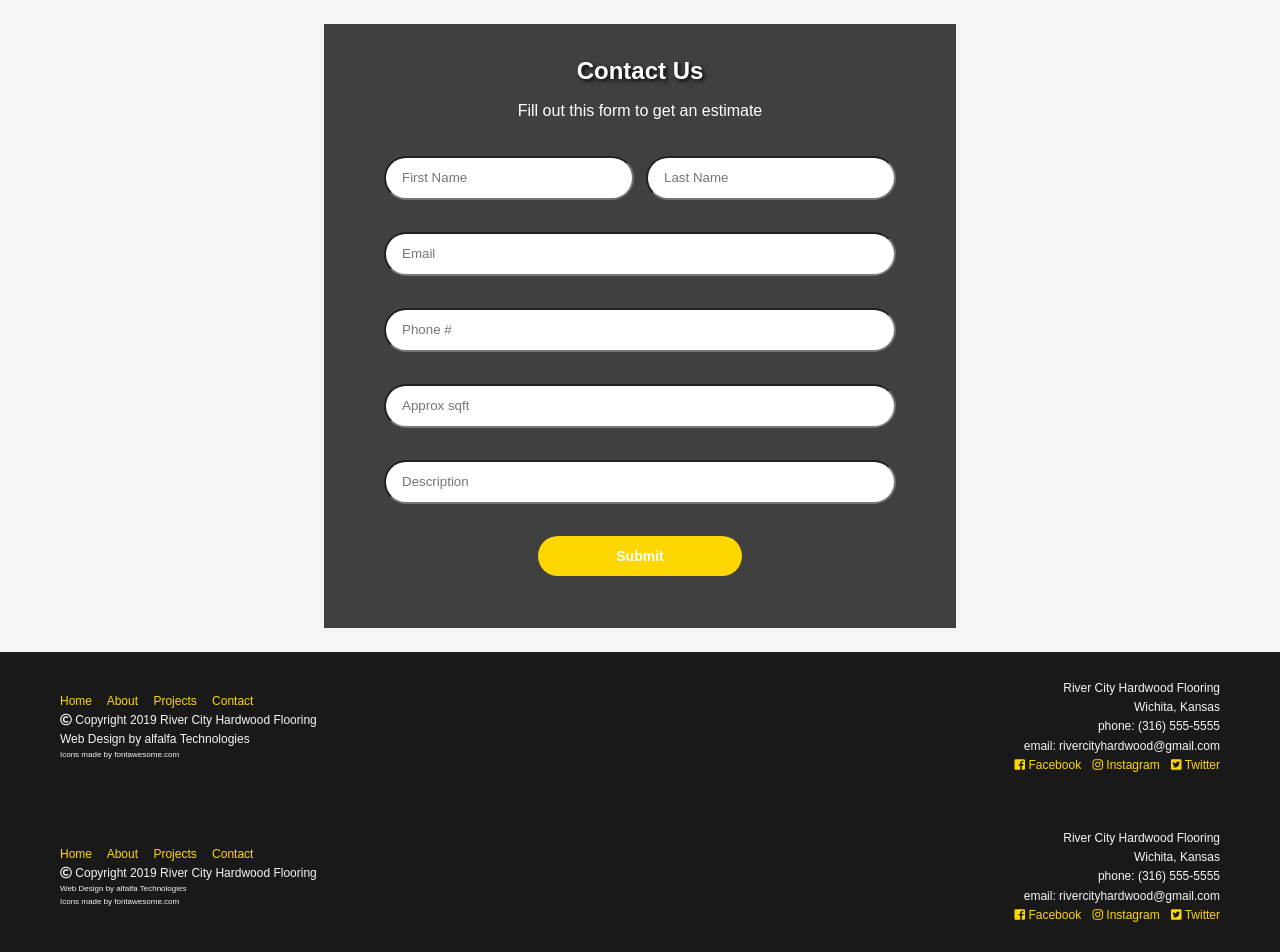
Repository: talfers/river-city-flooring
Page: http://localhost/contact
The author's editor kept a record of every edit. The page is drawn from the files as they stood at one moment, then again after the next edit.
The browser window is 1280 px wide. The pictures show the part of the page from y = 256 to 1208 px (the page is 1208 px tall before and 1058 px after).
Some web libraries are served in a nearby version. The page is served by the project's Node server (app.js).

Above is the page before.
Console error: ReferenceError: SmoothScroll is not defined

After the next edit:
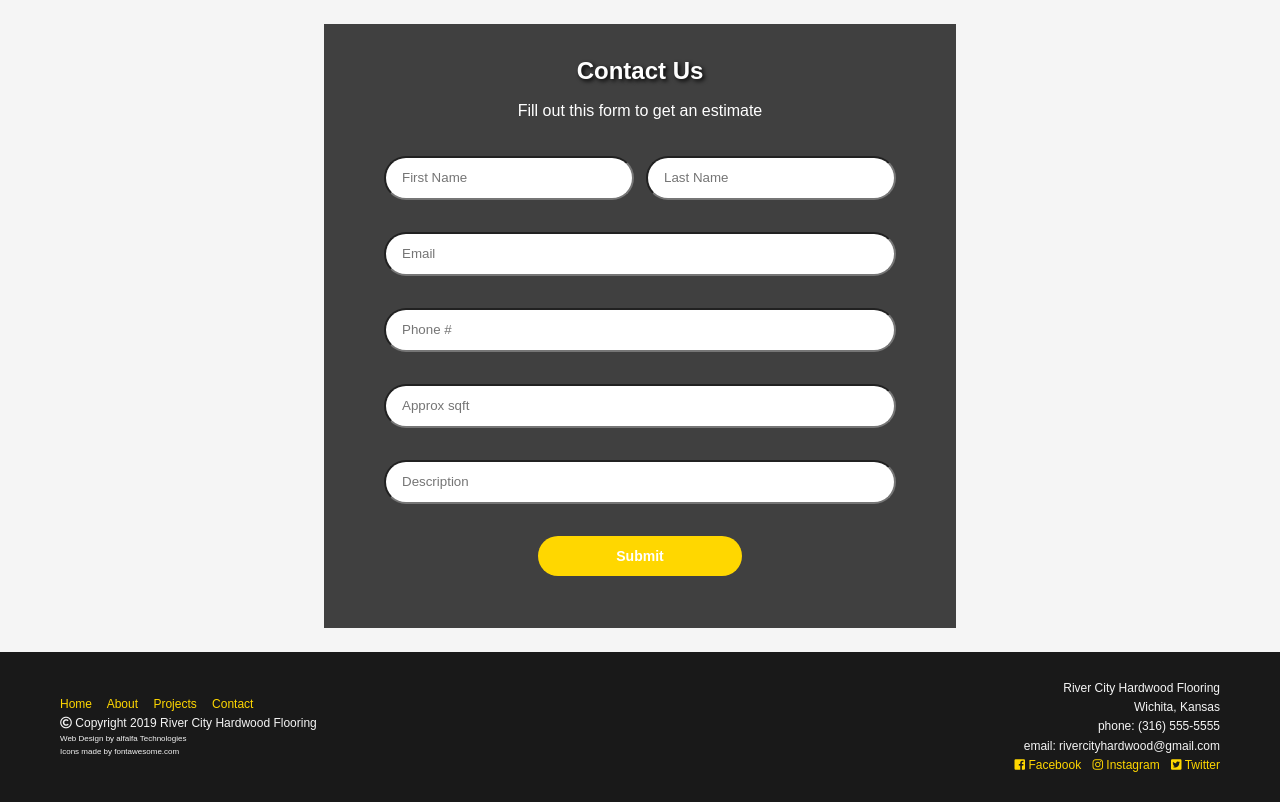
The edit:
--- a/views/contact.ejs
+++ b/views/contact.ejs
@@ -26,27 +26,5 @@
 
 
 </div>
-<footer>
-        <div class='foot-left'>
-            <div class='footer-nav'>
-                <a href='/'>Home</a>
-                <a href='/about'>About</a>
-                <a href='/projects'>Projects</a>
-                <a href='/contact'>Contact</a>
-            </div>
-            <div><i class="far fa-copyright"></i>  Copyright 2019 River City Hardwood Flooring</div>
-            <p>Web Design by alfalfa Technologies</p>
-            <div class='credits'>Icons made by <a href="https://www.fontawesome.com/">fontawesome.com</a></div>
-        </div>
-        <div class='foot-right'>
-            <p>River City Hardwood Flooring</p>
-            <p>Wichita, Kansas</p>
-            <p>phone: (316) 555-5555</p>
-            <p>email: rivercityhardwood@gmail.com</p>
-            <a href='#'><i class="fab fa-facebook-square"></i>  Facebook</a>
-            <a href='#'><i class="fab fa-instagram"></i>  Instagram</a>
-            <a href='#'><i class="fab fa-twitter-square"></i>  Twitter</a>
-        </div>
-    </footer>
 
 <% include partials/footer %>
